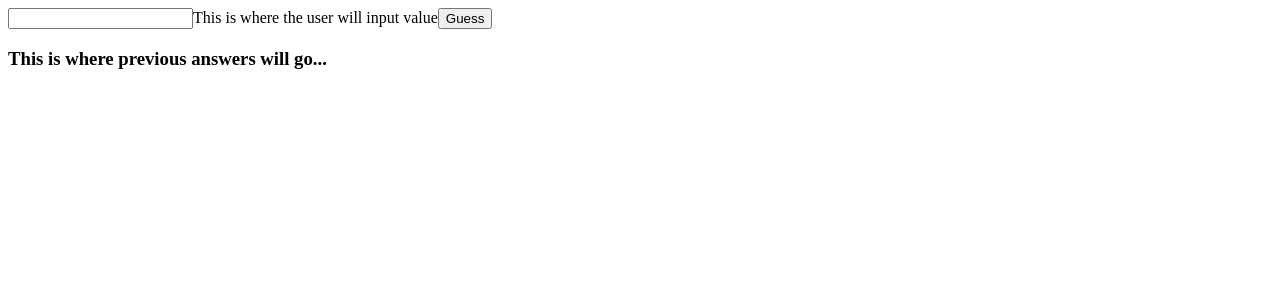
Repository: BAAMOSK/hotandcold
Page: /
The author's editor kept a copy of each file at every save. The page is drawn from the files as they stood at one save, then again after the next save.
The browser window is 1280 px wide. The pictures show the whole page.
The project was rebuilt for these pictures with package versions that can differ from the ones it lists, and the page was loaded fresh each time.

Above is the page before, as saved 2017-05-16 03:31:30.

### src/index.js
import React from 'react';
import ReactDOM from 'react-dom';
import Game from './components/game';


ReactDOM.render(<Game />, document.getElementById('root'));

### src/components/game.js
//This is the high level component
import React from 'react';
//guess is the user input
import Guess from './guess';
//response is the aggregate answers
import Response from './response';

export default function Game() {
  return (
    <div className="game">
      <Guess />
      <Response />
    </div>
  );
}

### src/components/guess.js
import React from 'react';

const guess = 'This is where the user will input value'
export default function Guess(props) {
  return (
    <div>
      <input type="textarea"/>
        {guess}
      <button>Guess</button>
    </div>
  );
};

### src/components/response.js
import React from 'react';

const answer = 'This is where previous answers will go...'

export default function Response() {
  return (
    <h3>
      {answer}
    </h3>
  );
};

### src/components/game.css
.game {
  text-align: center;
}

Loaded but not shown: public/index.html (common file)

After the next save:
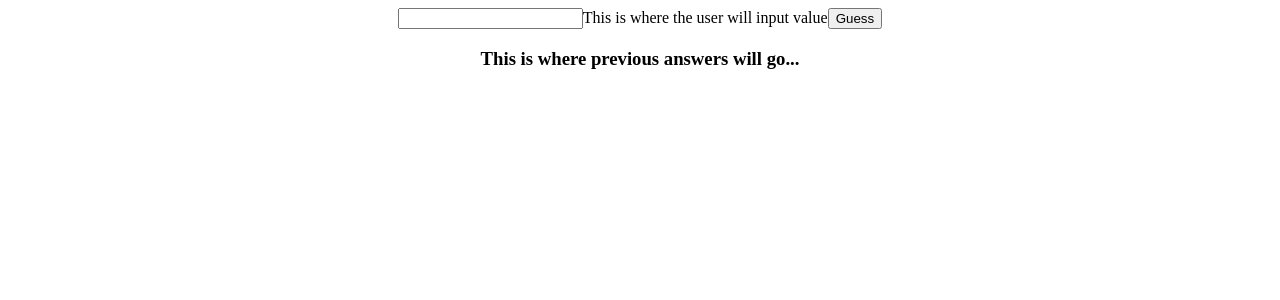
Saved 49 s later.
--- a/src/components/game.js
+++ b/src/components/game.js
@@ -4,6 +4,7 @@ import React from 'react';
 import Guess from './guess';
 //response is the aggregate answers
 import Response from './response';
+import './game.css';
 
 export default function Game() {
   return (
